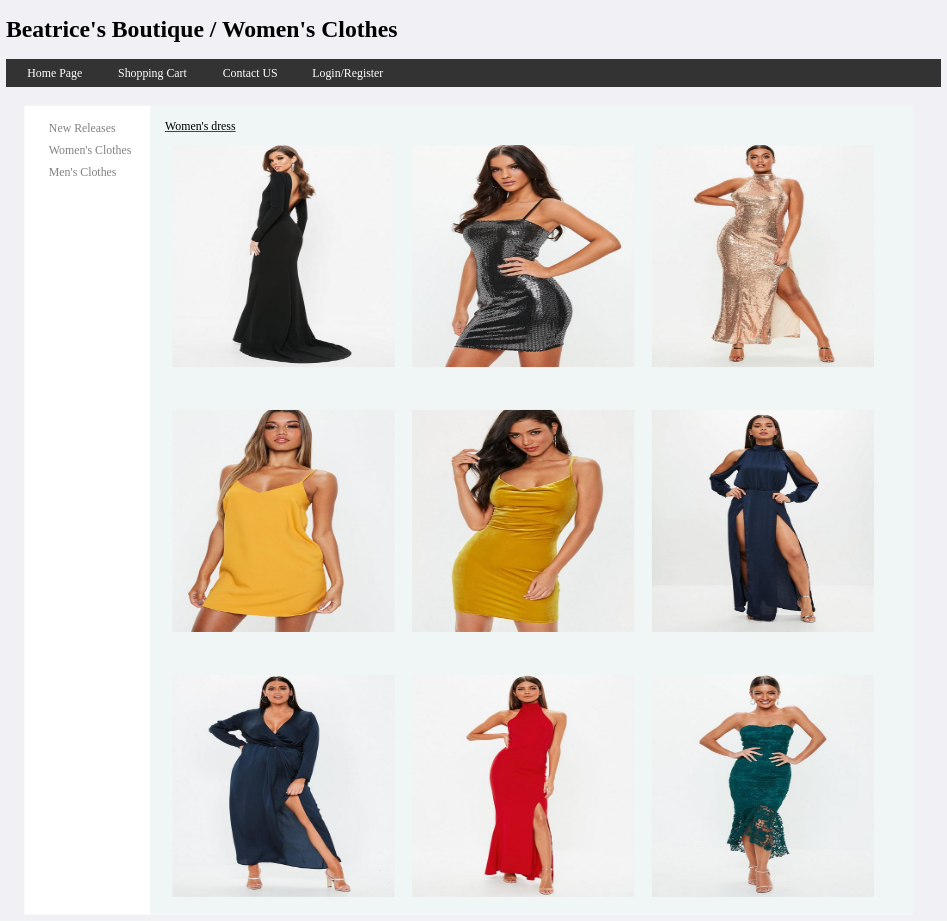
Repository: IosifDobos/Beatrice-Boutique
Page: BeatriceBoutique/Java/WorkSpace/BeatriceBoutique/WebContent/womensClothes.html
An editor plug-in stored every save of this project. The page is shown before and after the next save, followed by the edit.
The browser window is 1280 px wide. The pictures show the whole page, at 74% of full size.

Above is the page before, as saved 2018-12-04 17:20:58.

After the next save:
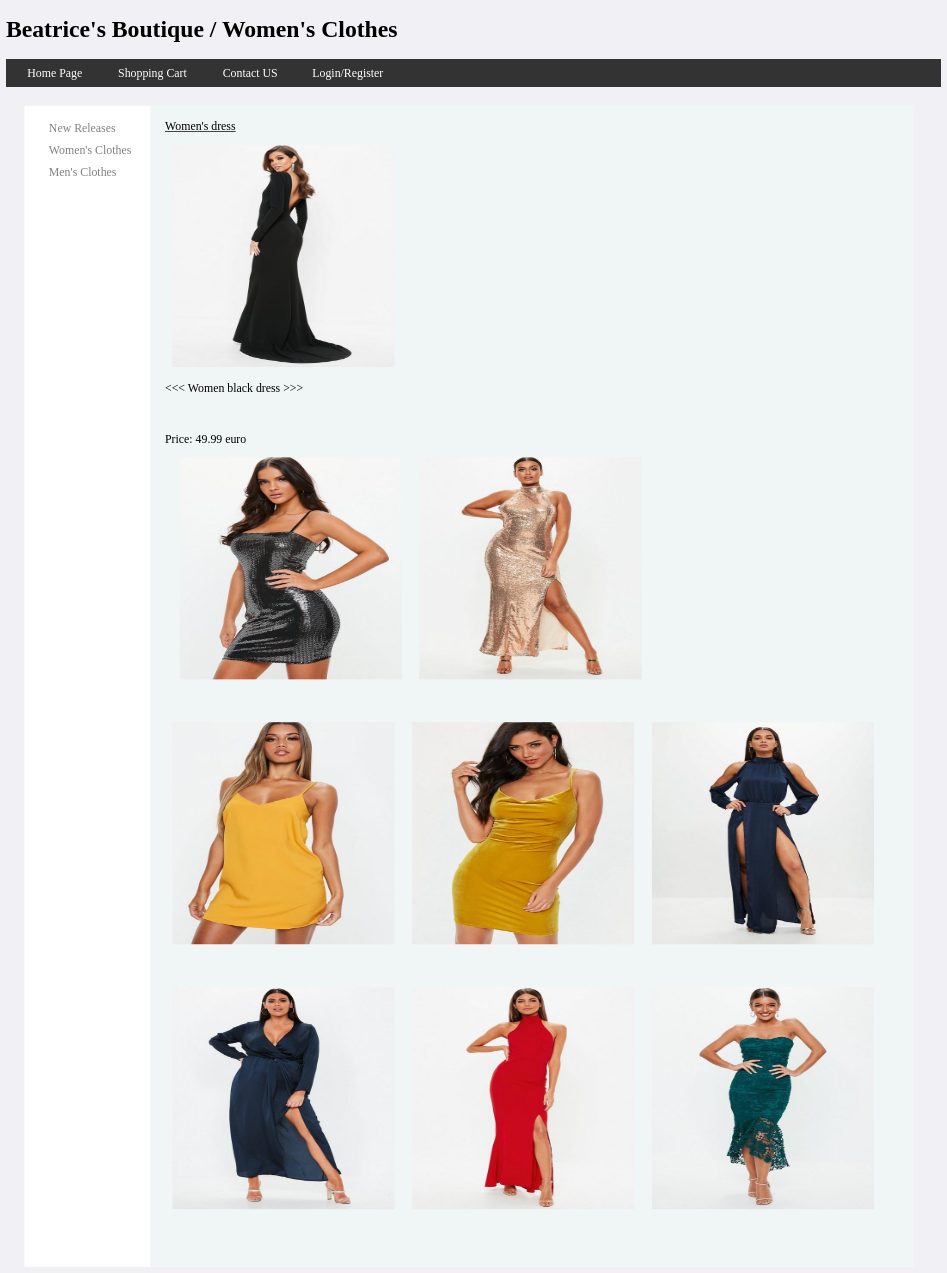
Saved 3 min 28 s later.
--- a/BeatriceBoutique/Java/WorkSpace/BeatriceBoutique/WebContent/womensClothes.html
+++ b/BeatriceBoutique/Java/WorkSpace/BeatriceBoutique/WebContent/womensClothes.html
@@ -29,6 +29,11 @@
 			<p><u>Women's dress</u></p>
 
 			<img alt="dress" src="womens-img/black-open-back-maxi-dress.jpg" width="300" height="300" style="margin-left: 10px;">
+			<div id="product-1">
+				<p><<< Women black dress >>> </p>
+				<br>
+				<p>Price: 49.99 euro</p>
+			</div>
 
 			<img alt="dress1" src="womens-img/black-sewn-through-disc-bodycon-mini-dress.jpg" width="300" height="300" style="margin-left: 20px;">
 
@@ -47,6 +52,8 @@
 			<img alt="dress7" src="womens-img/red-choker-maxi-dress.jpg" width="300" height="300" style="margin-left: 20px;">
 
 			<img alt="dress8" src="womens-img/teal-lace-bandeau-bust-cup-midi-dress.jpg" width="300" height="300" style="margin-left: 20px;">
+
+			<br><br><br><br>
 		</div>
 
 	</div>
